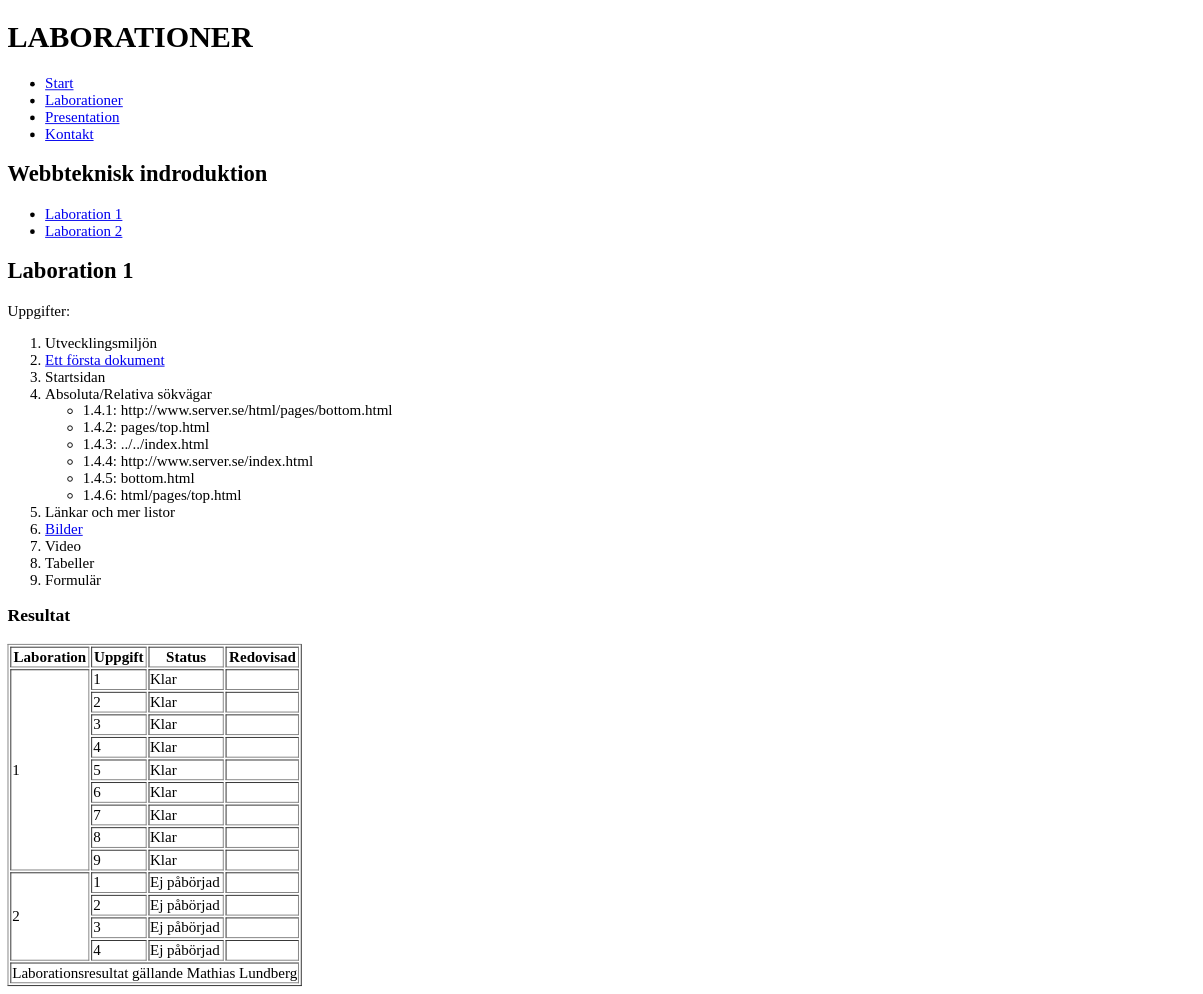
Repository: ml223nw/1ik415-laborationer
Page: pages/laborationer.html
The author's editor kept a record of every edit. The page is drawn from the files as they stood at one moment, then again after the next edit.
The browser window is 1280 px wide. The pictures show the whole page, at 94% of full size.

Above is the page before.

After the next edit:
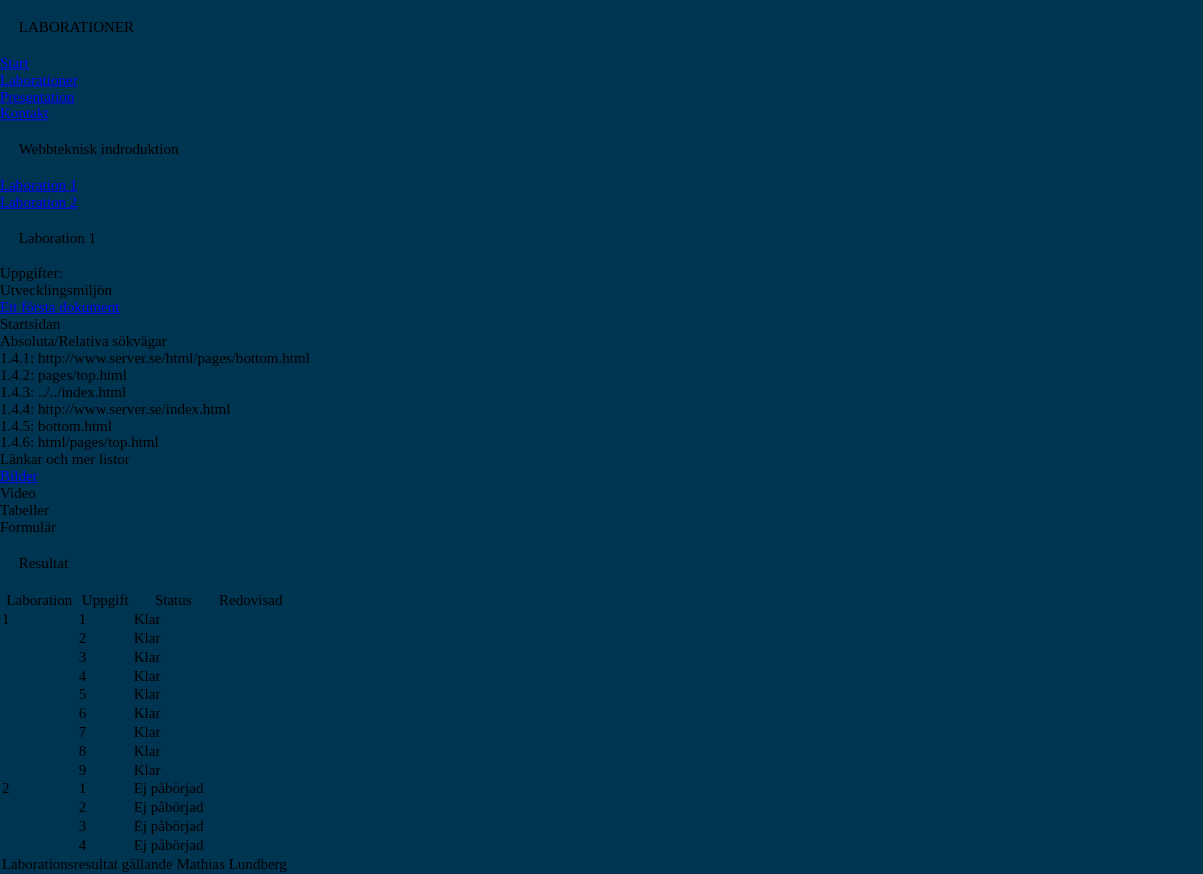
The edit:
--- a/pages/laborationer.html
+++ b/pages/laborationer.html
@@ -3,7 +3,7 @@
     <head>
         <meta charset="utf-8">
         <title>Laborationer - Mathias portal</title>
-
+        <link rel="stylesheet" href="css/style.css"/>
     </head>
     <body>
 
